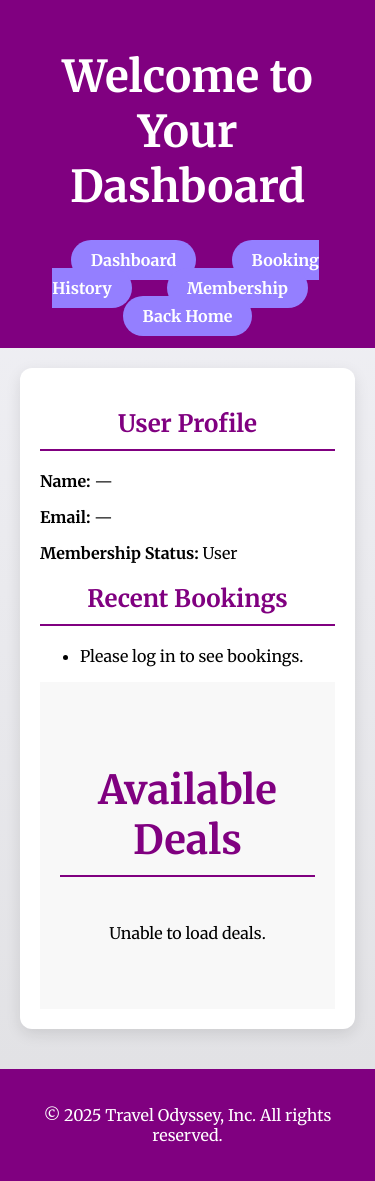
Repository: GHzPhoenix/Project-Odyssey
Page: Frontend/dashboard.html
The author's editor kept a copy of each file at every save. The page is drawn from the files as they stood at one save, then again after the next save.
The browser window is 375 px wide. The pictures show the whole page.
The page's requests for data from a server got no answer.

Above is the page before, as saved 2025-06-08 10:58:34.

### Frontend/dashboard.html
<!DOCTYPE html>
<html lang="en">
  <head>
    <meta charset="UTF-8" />
    <meta name="viewport" content="width=device-width, initial-scale=1.0" />
    <title>User Dashboard</title>
    <!-- <link rel="stylesheet" href="/Frontend/css/style.css" /> -->
    <link rel="stylesheet" href="/Frontend/css/dashboard.css" />
    <link rel="preconnect" href="https://fonts.googleapis.com" />
    <link rel="preconnect" href="https://fonts.gstatic.com" crossorigin />
    <link
      href="https://fonts.googleapis.com/css2?family=Merriweather:wght@300;400;700&display=swap"
      rel="stylesheet"
    />
  </head>
  <body>
    <header>
      <h1 style="color: white">Welcome to Your Dashboard</h1>
      <nav>
        <a href="dashboard.html">Dashboard</a>
        <a href="booking-history.html">Booking History</a>
        <a href="membership-confirmation.html">Membership</a>
        <a href="index.html">Back Home</a>
      </nav>
    </header>

    <main>
      <section class="profile">
        <h2>User Profile</h2>
        <p><strong>Name:</strong> <span id="username">Loading...</span></p>
        <p><strong>Email:</strong> <span id="user-email">Loading...</span></p>
        <p>
          <strong>Membership Status:</strong>
          <span id="membership-status">Loading...</span>
        </p>
      </section>

      <section class="recent-bookings">
        <h2>Recent Bookings</h2>
        <ul id="booking-list">
          <li>Loading...</li>
        </ul>
      </section>

      <section class="trending-deals">
        <h2>Available Deals</h2>
        <div class="deals-container" id="deals-container"></div>
        <p id="no-deals" class="no-deals" style="display: none">
          No deals available right now.
        </p>
      </section>
    </main>

    <footer class="footer">
      <div class="footer-container"></div>
      <div class="footer-bottom">
        <p>© 2025 Travel Odyssey, Inc. All rights reserved.</p>
      </div>
    </footer>

    <script>
      function toggleMenu() {
        document.querySelector("nav ul").classList.toggle("active");
      }

      async function loadDashboard() {
        const token = localStorage.getItem("token");
        const user = JSON.parse(localStorage.getItem("user") || "{}");
        document.getElementById("username").textContent = user.name || "—";
        document.getElementById("user-email").textContent = user.email || "—";
        document.getElementById("membership-status").textContent =
          user.role === "admin" ? "Admin" : "User";

        const bookingList = document.getElementById("booking-list");
        bookingList.innerHTML = "";
        if (token) {
          try {
            const res = await fetch("http://127.0.0.1:5001/api/bookings", {
              headers: { Authorization: "Bearer " + token },
            });
            if (!res.ok) throw new Error("No bookings found");
            const bookings = await res.json();
            if (bookings.length === 0) {
              bookingList.innerHTML = "<li>You have no previous bookings.</li>";
            } else {
              bookings.forEach((b) => {
                const li = document.createElement("li");
                const start = new Date(b.start_date).toLocaleDateString();
                const end = new Date(b.end_date).toLocaleDateString();
                li.textContent = `${b.destination} — ${start} to ${end}`;
                bookingList.appendChild(li);
              });
            }
          } catch (err) {
            console.error("Booking history error:", err);
            bookingList.innerHTML = "<li>Could not load booking history.</li>";
          }
        } else {
          bookingList.innerHTML = "<li>Please log in to see bookings.</li>";
        }

        const dealsContainer = document.getElementById("deals-container");
        const noDealsMsg = document.getElementById("no-deals");
        dealsContainer.innerHTML = "";
        try {
          const res = await fetch("http://127.0.0.1:5001/api/deals");
          if (!res.ok) throw new Error("Failed to fetch deals");
          const deals = await res.json();
          if (deals.length === 0) {
            noDealsMsg.style.display = "block";
          } else {
            noDealsMsg.style.display = "none";
            deals.forEach((deal) => {
              const card = document.createElement("div");
              card.className = "deal-card";

              const img = document.createElement("img");
              img.src = deal.image_url;
              img.alt = deal.name;
              card.appendChild(img);

              const body = document.createElement("div");
              body.className = "deal-card-body";

              const h3 = document.createElement("h3");
              h3.textContent = deal.name;
              body.appendChild(h3);

              const sub = document.createElement("p");
              sub.textContent = `${deal.location} — ${deal.activities}`;
              body.appendChild(sub);

              const dates = document.createElement("p");
              const s = new Date(deal.start_date).toLocaleDateString("en-US", {
                month: "short",
                day: "numeric",
                year: "numeric",
              });
              const e = new Date(deal.end_date).toLocaleDateString("en-US", {
                month: "short",
                day: "numeric",
                year: "numeric",
              });
              dates.textContent = `${s} – ${e}`;
              body.appendChild(dates);

              const btn = document.createElement("a");
              btn.className = "btn-primary card-button";
              btn.href = `booking.html?deal=${deal.id}`;
              btn.textContent = "Book Now";
              body.appendChild(btn);

              card.appendChild(body);
              dealsContainer.appendChild(card);
            });
          }
        } catch (err) {
          console.error("Deals load error:", err);
          dealsContainer.innerHTML =
            "<p class='no-deals'>Unable to load deals.</p>";
        }
      }

      window.addEventListener("DOMContentLoaded", loadDashboard);
    </script>
  </body>
</html>

### Frontend/css/dashboard.css
body {
  font-family: "Merriweather", serif;
  background: linear-gradient(to bottom, #f4f4f9, #e0e0e3);
  margin: 0;
  padding: 0;
}

header {
  background-color: purple;
  color: white;
  text-align: center;
  padding: 20px;
  font-size: 22px;
  font-weight: bold;
}

nav {
  margin-top: 15px;
}

nav a {
  color: white;
  text-decoration: none;
  margin: 0 15px;
  font-weight: bold;
  font-size: 1rem;
  padding: 10px 20px;
  border-radius: 20px;
  background-color: #947fff;
  transition: background 0.3s ease-in-out;
}

nav a:hover {
  background-color: #ff6f91;
  color: yellow;
}

.menu-toggle {
  display: none;
  flex-direction: column;
  cursor: pointer;
}

.menu-toggle div {
  width: 28px;
  height: 3px;
  background-color: white;
  margin: 4px 0;
}

@media (max-width: 768px) {
  nav ul {
    flex-direction: column;
    width: 100%;
    display: none;
    background-color: purple;
    margin-top: 10px;
    padding: 10px 0;
  }

  nav ul.active {
    display: flex;
  }

  .menu-toggle {
    display: flex;
  }

  nav ul li {
    width: 100%;
    text-align: center;
  }
}

main {
  max-width: 1000px;
  margin: 30px auto;
  padding: 30px;
  background-color: white;
  border-radius: 12px;
  box-shadow: 0px 5px 15px rgba(0, 0, 0, 0.1);
}

h2 {
  color: purple;
  font-size: 24px;
  margin-bottom: 20px;
  text-align: center;
  border-bottom: 2px solid purple;
  padding-bottom: 10px;
}

.dashboard-section {
  margin: 20px 0;
  padding: 20px;
  background-color: #f9f9ff;
  border-radius: 10px;
  box-shadow: 0px 2px 8px rgba(0, 0, 0, 0.1);
}

.dashboard-section h3 {
  font-size: 20px;
  color: purple;
  margin-bottom: 10px;
}
.deals-container {
  display: flex;
  justify-content: center;
  flex-wrap: wrap;
  gap: 30px;
  margin-top: 20px;
}

.deal-card {
  position: relative;
  background-color: #fff;
  border-radius: 12px;
  box-shadow: 0 4px 10px rgba(0, 0, 0, 0.15);
  overflow: hidden;
  width: 300px;
  text-align: center;
  padding-bottom: 20px;
  transition: transform 0.3s ease-in-out;
}
.trending-deals {
  padding: 50px 20px;
  background: #f8f8f8;
}

.trending-deals h2 {
  font-size: 2.5rem;
  color: purple;
  margin-bottom: 30px;
  text-align: center;
}
.dashboard-section p {
  font-size: 16px;
  color: #555;
}

.button {
  background-color: purple;
  color: white;
  padding: 10px 18px;
  border-radius: 25px;
  text-decoration: none;
  display: inline-block;
  margin-top: 15px;
  font-weight: bold;
  transition: background 0.3s ease-in-out;
}

.button:hover {
  background-color: #ff3b72;
}

footer {
  background-color: purple;
  color: white;
  text-align: center;
  padding: 20px;
  margin-top: 40px;
}

@media (max-width: 768px) {
  main {
    margin: 20px;
    padding: 20px;
  }
}

After the next save:
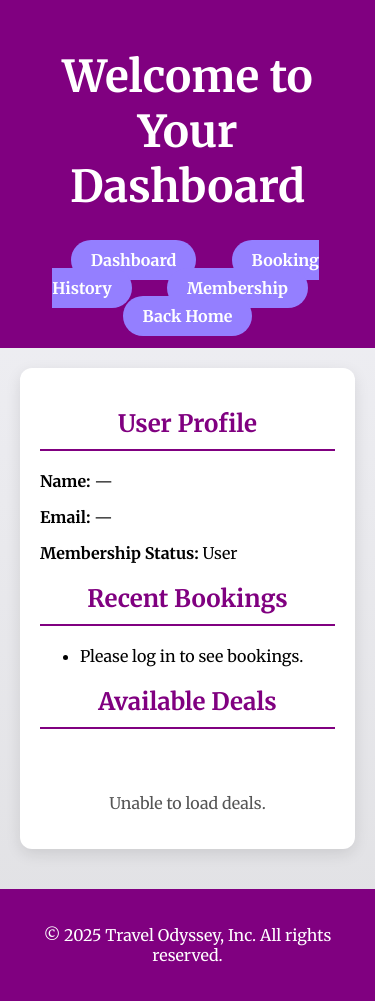
Saved 81 s later.
--- a/Frontend/css/dashboard.css
+++ b/Frontend/css/dashboard.css
@@ -103,36 +103,92 @@ h2 {
   color: purple;
   margin-bottom: 10px;
 }
+
 .deals-container {
-  display: flex;
-  justify-content: center;
-  flex-wrap: wrap;
-  gap: 30px;
-  margin-top: 20px;
+  display: grid;
+  grid-template-columns: repeat(auto-fit, minmax(280px, 1fr));
+  gap: 1.5rem;
+  margin-top: 2rem;
+  padding: 0;
 }
 
 .deal-card {
-  position: relative;
   background-color: #fff;
   border-radius: 12px;
-  box-shadow: 0 4px 10px rgba(0, 0, 0, 0.15);
   overflow: hidden;
-  width: 300px;
-  text-align: center;
-  padding-bottom: 20px;
-  transition: transform 0.3s ease-in-out;
-}
-.trending-deals {
-  padding: 50px 20px;
-  background: #f8f8f8;
-}
-
-.trending-deals h2 {
-  font-size: 2.5rem;
+  box-shadow: 0 4px 10px rgba(0, 0, 0, 0.1);
+  transition: transform 0.2s ease, box-shadow 0.2s ease;
+  display: flex;
+  flex-direction: column;
+}
+
+.deal-card:hover {
+  transform: translateY(-4px);
+  box-shadow: 0 6px 14px rgba(0, 0, 0, 0.15);
+}
+
+.deal-card img {
+  width: 100%;
+  height: 180px;
+  object-fit: cover;
+  display: block;
+}
+
+.deal-card-body {
+  padding: 1rem;
+  flex: 1;
+  display: flex;
+  flex-direction: column;
+}
+
+.deal-card-body h3 {
+  margin: 0 0 0.5rem;
+  font-size: 1.25rem;
   color: purple;
-  margin-bottom: 30px;
-  text-align: center;
-}
+}
+
+.deal-card-body p {
+  margin: 0.25rem 0;
+  color: #555;
+  font-size: 0.95rem;
+  flex: 1;
+}
+
+.card-button {
+  display: inline-block;
+  background-color: purple;
+  color: #fff;
+  text-decoration: none;
+  padding: 0.5rem 1rem;
+  border-radius: 20px;
+  font-weight: bold;
+  font-size: 0.95rem;
+  text-align: center;
+  transition: background-color 0.3s ease;
+  margin-top: 1rem;
+}
+
+.card-button:hover {
+  background-color: #ff6f91;
+  color: #fff;
+}
+
+.no-deals {
+  text-align: center;
+  font-size: 1rem;
+  color: #555;
+  margin-top: 2rem;
+}
+
+@media (max-width: 600px) {
+  .deals-container {
+    grid-template-columns: 1fr;
+  }
+  .deal-card img {
+    height: 200px;
+  }
+}
+
 .dashboard-section p {
   font-size: 16px;
   color: #555;
